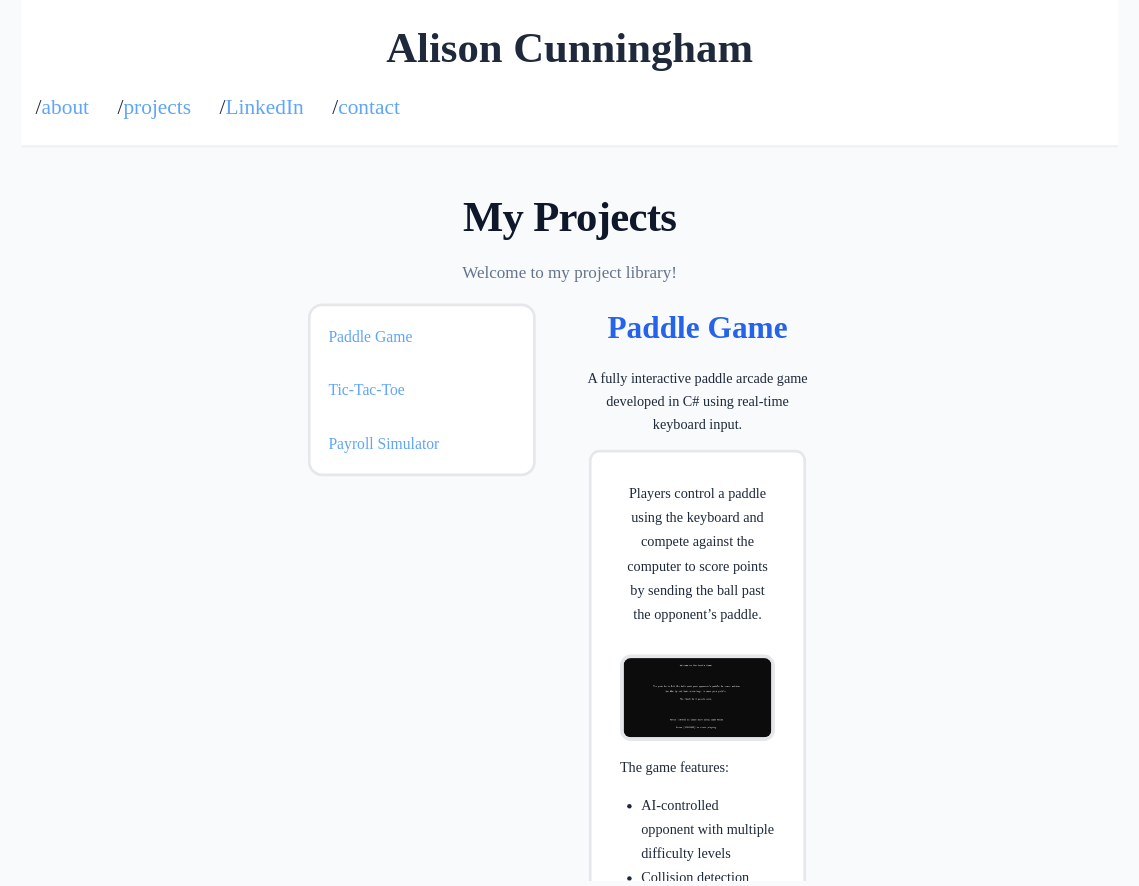
Repository: alison-cunningham/alison-cunningham
Page: pages/main-projects-page.html
The author's editor kept a copy of each file at every save. The page is drawn from the files as they stood at one save, then again after the next save.
The browser window is 1280 px wide. The pictures show the whole page, at 89% of full size.
Some web fonts or font styles are not loaded; a fallback is used.

Above is the page before, as saved 2026-05-12 21:04:31.

### pages/main-projects-page.html
<!DOCTYPE html>
<html lang="en">
<head>
    <meta charset="UTF-8" />
    <title>Project - Paddle Game</title>
    <meta name="viewport" content="width=device-width, initial-scale=1.0">
    <link rel="stylesheet" href="../styles/pages.css"/>
    <link rel="stylesheet" href="../styles/globals.css"/>
</head>
<body>

    <header class="page-header">
        <h1>Alison Cunningham</h1>
        <div class="nav-bar">
            <a href="../index.html">/<span class="hover-text">about</span></a>
            <a href="./main-projects-page.html">/<span class="hover-text">projects</span></a>
            <a href="https://www.linkedin.com/in/alison-c-427578b5">/<span class="hover-text">LinkedIn</span></a>
            <a href="mailto:cunningham.alison.m@gmail.com">/<span class="hover-text">contact</span></a>
        </div>
    </header>

    <section class="project-card">
        <header class="main-header">
        <h2>My Projects</h2>
        <p>
            Welcome to my project library!
            <br>
        </p>
        </header>

        <div class="project-layout">
            <nav>
            <a href="./paddle-game.html" target="myframe">
            Paddle Game
            </a>
            <a href="./tic-tac-toe.html" target="myframe">
            Tic-Tac-Toe
            </a>
            <a href="./payroll-simulator.html" target="myframe">
            Payroll Simulator
            </a>
            </nav>

            <section class="mainview">
                <iframe src="./paddle-game.html" name="myframe"></iframe>
            </section>
        </div>

    </section>

</body>


</html>

### styles/pages.css
body{
    display: flex;
    flex-direction: column;
    align-items: center;

    margin: 0 auto;
    padding: 0 1.5rem;

}

.main-header{
    display: grid;
    text-align: center;

    font-size: 1.2rem;
}

.main-header h2{
    font-size: 3rem;

    margin-bottom: 0.5rem;

    color: #0f172a;
    letter-spacing: -0.05rem;
}

.main-header p{
    margin-top: 0;

    font-size: 1.2rem;
    color: #64748b;
}

.project-header{
    display: grid;
    justify-content: center;
    text-align: center;

}

.project-header h1{
    margin-bottom: 0;

    font-size: 2.2rem;

    color: #2563eb;
}

nav{
    width: 100%;
    margin: 1rem auto;
    padding: .75rem;

    background-color: #ffffff;
    border: .2rem solid #e5e7eb;
    border-radius: 1rem;

    display: flex;
    justify-content: center;
    gap: 1rem;
    flex-wrap: wrap;

}

nav a{

    color: #60a5fa;
    padding: .5rem .5rem;
    border-radius: .75rem;

    font-size: 1.1rem;

    transition:
        background-color 0.3s ease,
        color 0.3s ease,
        transform 0.3s ease;
}

nav a:hover{
    background-color: #34d399;
    color: white;
}

img{
    display: block;
    max-width: 100%;
    margin: 1rem auto;
    border: .3rem solid #e5e7eb;
    border-radius: .75rem;

    transition: transform 0.3s ease;
}

img:hover{
    transform: scale(1.09);
}

.project-description{
    max-width: 97%;

    margin: 0 auto 2rem;
    padding: 2rem;

    background-color: #ffffff;
    border: .2rem solid #e5e7eb;
    border-radius: .75rem;

    line-height: 1.7;
}

.project-description ul{
    margin-top: 1rem;
    margin-bottom: 1rem;
    padding-left: 1.5rem;
}

.project-link{
    display: block;
    width: fit-content;

    margin: 0 auto 3rem;
    padding: .75rem;

    background-color: #60a5fa;
    color: white;

    text-decoration: none;

    border-radius: .5rem;

    transition: background-color 0.3s ease;
    transition: transform 0.2s ease;
}

.project-link:hover{
    background-color: #34d399;
}

summary{
    text-align: center;
    margin-bottom: 2rem;
}

.learned{
    line-height: 2rem;
    background-color: #e5e7eb;
    padding: 0.3rem 1.5rem 1rem;
    margin: 0.2rem;
    border-radius: 0.75rem;
}

.payroll-breakdown{
    line-height: 1.4rem;
}

iframe{
    width: 100%;
    min-height: 80vh;
    border: 0;
}

@media (min-width: 768px){

    .project-layout{
        display: flex;
        flex-direction: column;
        gap: 1.5rem;
    }

}

@media (min-width: 1000px){

    .project-layout{
        display: grid;
        grid-template-columns: 16rem 1fr;
        align-items: start;

        gap: 2rem;
        width: 100%;
    }

    nav{
        position: sticky;
        top: 2rem;

        display: flex;
        flex-direction: column;

        width: 100%;
        margin: 0;
    }

    nav a{
        width: 100%;
        text-align: left;
    }

    iframe{
        min-height: 90vh;
    }
}

### styles/globals.css
@font-face{
    font-family: 'Radio-Canada';
    src: url('../assets/fonts/Radio_Canada/RadioCanada-VariableFont_wdth\,wght.ttf')
}

*{
    box-sizing: border-box;
}

body{
    font-family: 'Radio-Canada';

    background-color: #f8fafc;
    color: #1e293b;

    line-height: 1.6;
    font-size: 1rem;

    margin: 0;
    overflow-x: hidden;
}


a{
    text-decoration: none;
    color: inherit;
}

h3{
    font-size: 1.4rem;
    margin-bottom: 1rem;
    color: #0f172a;
}

.page-header{

    font-size: 1.3rem;
    width: 100%;
    padding: 1rem 0;

    background-color: #ffffff;
    border-bottom: .2rem solid #e5e7eb85;

    display: flex;
    flex-direction: column;
    align-items: center;
    justify-content: center;
    text-align: center;


}

header h1{
    font-size: 3rem;
    margin: 0;
}

.nav-bar{
    display: flex;
    gap: 2rem;

    width: 100%;
    max-width: 100%;

    overflow-x: auto;

    padding: 0.5rem 1rem;
    margin: 0;

    font-size: 1.5rem;
}

.nav-bar::-webkit-scrollbar{
    height: 0.45rem;
}

.nav-bar::-webkit-scrollbar-track{
    background: #e5e7eb;
    border-radius: 999rem;
}

.nav-bar::-webkit-scrollbar-thumb{
    background: #34d399;
    border-radius: 999rem;
}

.hover-text{
    color: #60a5fa;
    position: relative;
}

.hover-text:hover{
    color: #34d399;
}

.hover-text::after{
    content:"";
    position: absolute;
    left: 0;
    bottom: -2px;

    width: 0%;
    height: 2px;
    background: #34d399;
    transition: width 0.6s ease;

}

.hover-text:hover::after {
    width: 100%;
}

### pages/paddle-game.html
<!DOCTYPE html>
<html lang="en">
<head>
    <meta charset="UTF-8" />
    <title>Project - Paddle Game</title>
    <meta name="viewport" content="width=device-width, initial-scale=1.0">
    <link rel="stylesheet" href="../styles/globals.css"/>
    <link rel="stylesheet" href="../styles/pages.css">
</head>
<body>
    <header class="project-header">
        <h1>Paddle Game</h1>
        <p>
            A fully interactive paddle arcade game developed in C# using real-time keyboard input.
        </p>
    </header>

    <section class="project-description">
        <summary>
            Players control a paddle using the keyboard and compete against the computer to score points by sending the ball past the opponent’s paddle.
        </summary>

        <img src="../assets/images/paddle-game-screenshot-2.png" alt="Screenshot from Paddle Game gameplay">

        The game features:
        <ul>
            <li>AI-controlled opponent with multiple difficulty levels</li>
            <li>Collision detection</li>
            <li>Score tracking</li>
            <li>Randomized gameplay modifiers that change the mechanics after each round</li>
        </ul>


        To make gameplay more dynamic and unpredictable, special game modes such as Ghost Ball, Fast Ball, Curve Ball, Drunk Paddle, and Small Paddle are randomly activated throughout the match.
    </section>

    <section class="learned">

        <h3>What I learned:</h3>
        <p>This project introduced and strengthened my understanding of core game development concepts including game loops, object movement, simple AI behavior, collision handling, frame synchronization, and state management within a console application environment.</p>

    </section>

    <br>

    <a class="project-link"
        href="https://github.com/alison-cunningham/PaddleGame-2D-Collision-Simulation.git"
        target="_blank">
        View GitHub Repo
    </a>

</body>

</html>

After the next save:
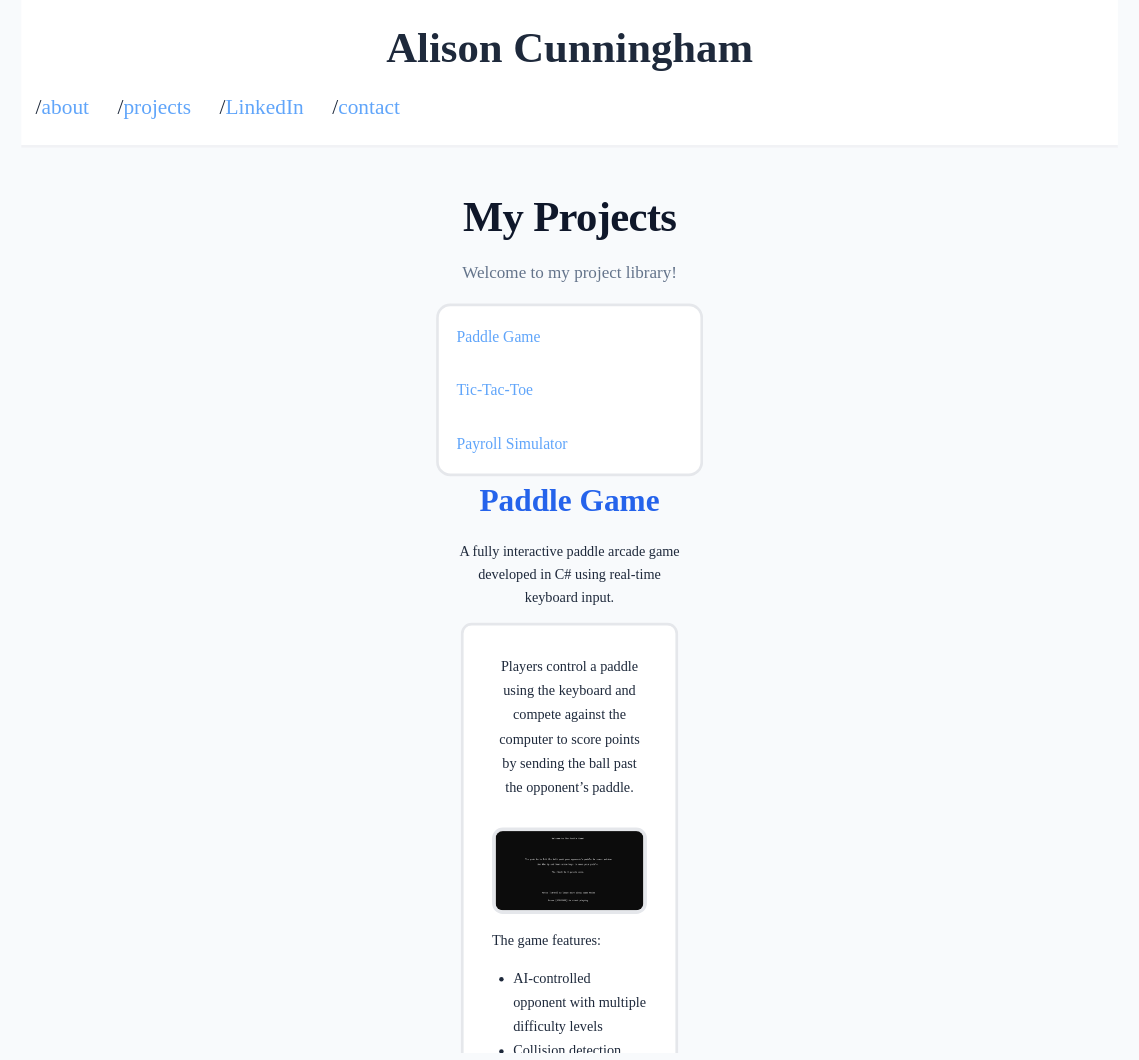
Saved 27 s later.
--- a/styles/pages.css
+++ b/styles/pages.css
@@ -161,7 +161,7 @@ iframe{
 
 @media (min-width: 768px){
 
-    .project-layout{
+    .projects-layout{
         display: flex;
         flex-direction: column;
         gap: 1.5rem;
@@ -171,7 +171,7 @@ iframe{
 
 @media (min-width: 1000px){
 
-    .project-layout{
+    .projects-layout{
         display: grid;
         grid-template-columns: 16rem 1fr;
         align-items: start;

After the save that followed:
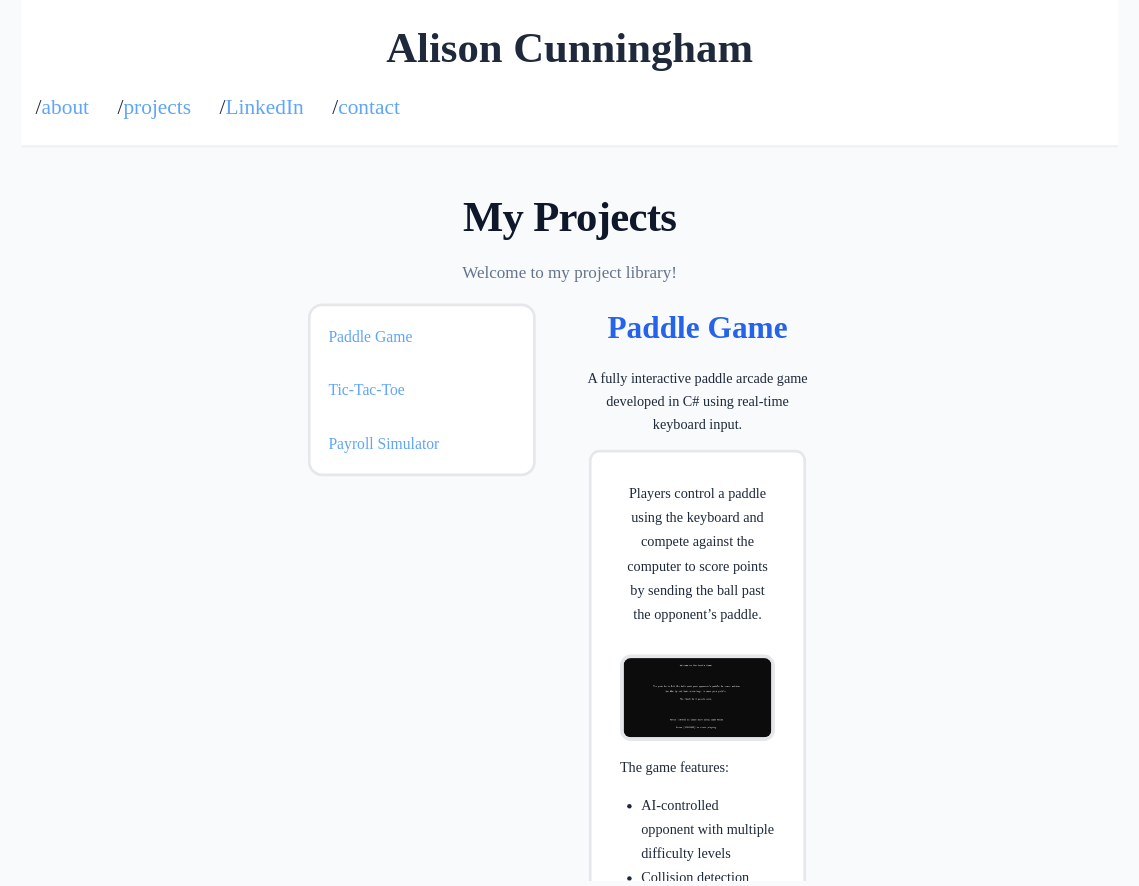
Saved 3 s later.
--- a/pages/main-projects-page.html
+++ b/pages/main-projects-page.html
@@ -28,7 +28,7 @@
         </p>
         </header>
 
-        <div class="project-layout">
+        <div class="projects-layout">
             <nav>
             <a href="./paddle-game.html" target="myframe">
             Paddle Game
